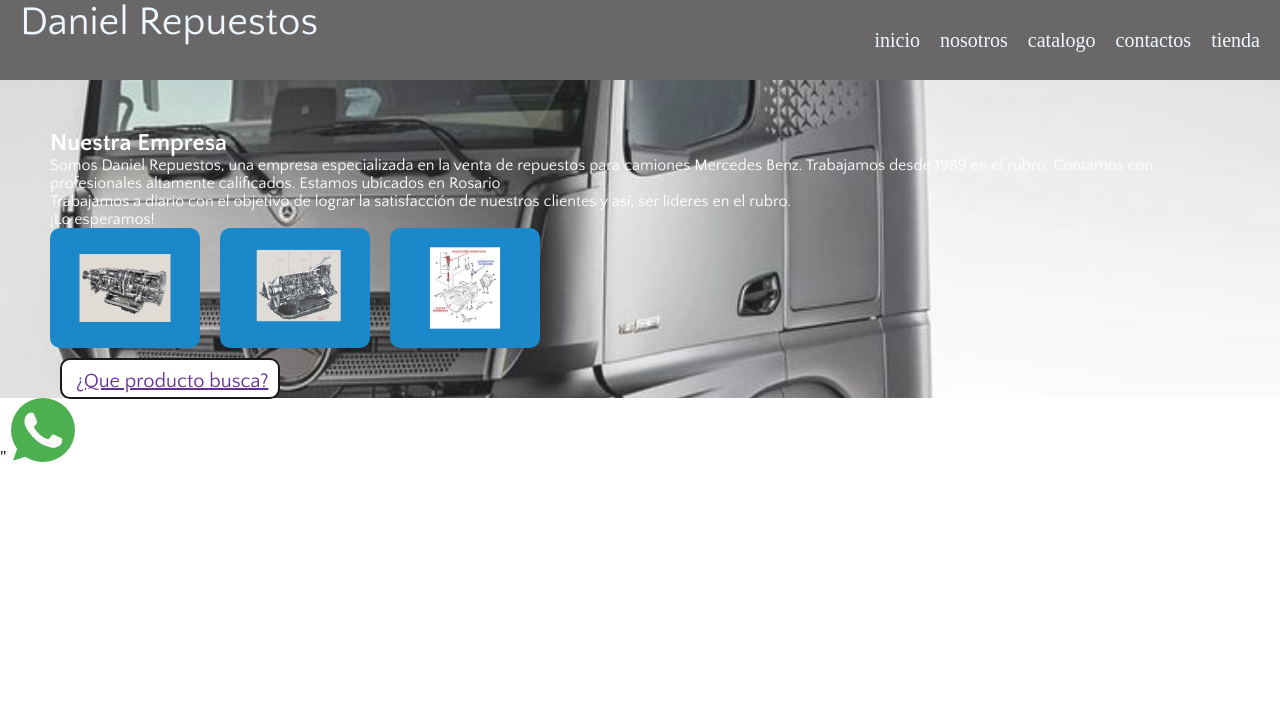
Repository: minesterani/proyecto-caja
Page: pages/nosotros.html
An editor plug-in stored every save of this project. The page is shown before and after the next save, followed by the edit.
The browser window is 1280 px wide. The pictures show the whole page.

Above is the page before, as saved 2024-09-18 11:24:53.

After the next save:
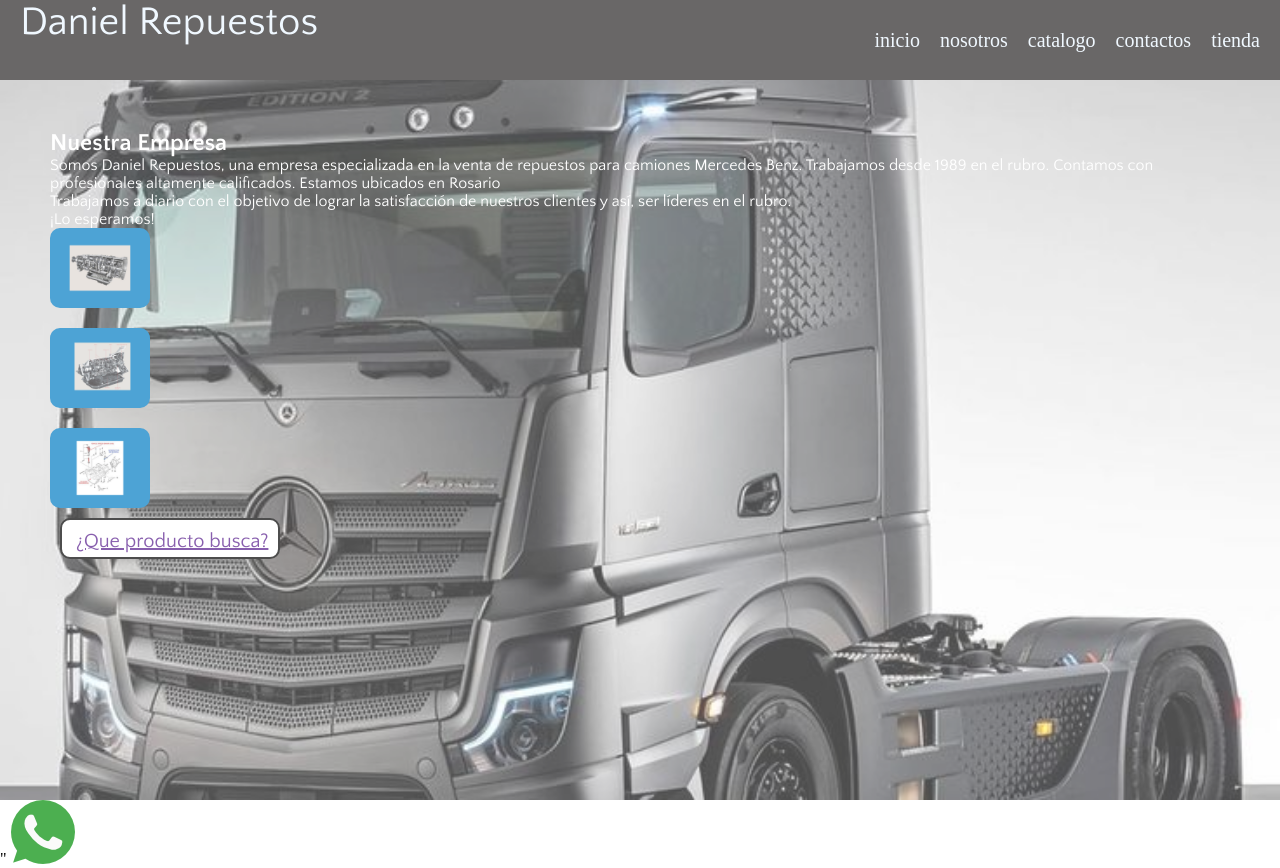
Saved 8 min 49 s later.
--- a/css/style.css
+++ b/css/style.css
@@ -278,15 +278,17 @@
     background-size: cover;
     background-position: center;
     background-repeat: no-repeat;
-    opacity: 0.9; /* Ajusta si deseas más opacidad */
+    opacity: 0.7; /* Ajusta si deseas más opacidad */
     color: white;
     font-family: "Quattrocento Sans", sans-serif;
+    height: 100vh;
 
 }
 .container-nosotros {
     display: flex;
     justify-content: space-between;
-    align-items: center;
+    align-items: flex-start;
+    height: 100%;
 }
 
 .texto-nosotros {
@@ -298,25 +300,28 @@
 
 .texto-nosotros h2 {
     margin-bottom: 20px;
-    font-size: 2rem;
+    font-size: 2,5rem;
 }
 
 .texto-nosotros p {
     margin-bottom: 15px;
-    font-size: 1.1rem;
-    line-height: 1.5;
+    font-size: 1.25rem;
+    line-height: 1.6;
 }
 
 .imagenes-nosotros {
     display: flex;
+    flex-direction: column;
     gap: 20px;
+    width: 45%;
 }
 
 .imagenes-nosotros img {
-    width: 150px;
+    width: 100px;
     height: auto;
     border-radius: 10px;
     object-fit: cover;
+    max-height: 300px;
 }
 .navNos{
     display: flex;
